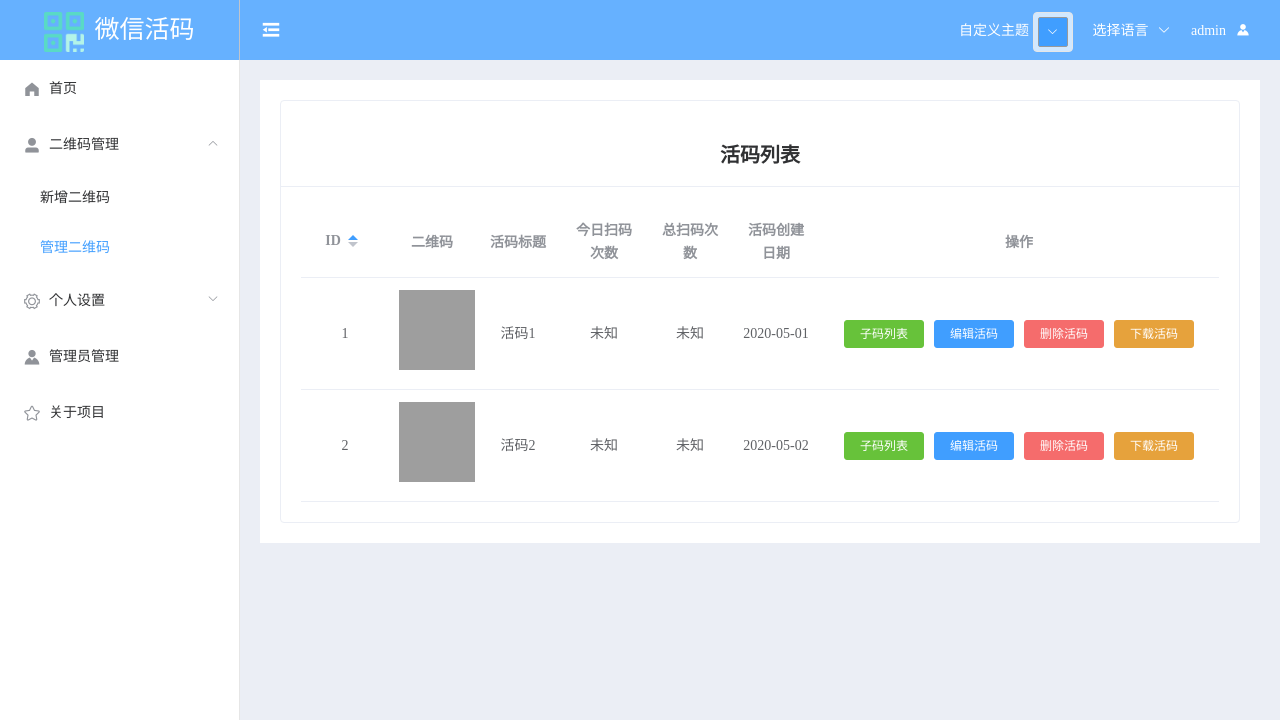
Repository: pioneer22/qrcode
Page: /#/qrcode/manageCode
An editor plug-in stored every save of this project. The page is shown before and after the next save, followed by the edit.
The browser window is 1280 px wide. The pictures show the whole page.
Pictures or frames that could not be fetched are drawn as grey boxes. The page's requests for data from a server got no answer. An inner scrolling area shows only its first screen. The project was rebuilt for these pictures with package versions that can differ from the ones it lists, and the page was loaded fresh each time. No one was signed in, and anything a server would have sent is missing. Also part of the build but not shown: vue.config.js, src/views/layout/TheLayoutSubSidebar.vue.

Above is the page before, as saved 2020-05-15 09:58:33.

### public/index.html
<!DOCTYPE html>
<html lang="en">

<head>
  <meta charset="utf-8">
  <meta http-equiv="X-UA-Compatible" content="IE=edge">
  <meta name="viewport" content="width=device-width,initial-scale=1.0">
  <link rel="icon" href="<%= BASE_URL %>favicon.ico">
  <title>Qrcode</title>
</head>

<body>
  <noscript>
    <strong>We're sorry but llplatform doesn't work properly without JavaScript enabled. Please enable it to
      continue.</strong>
  </noscript>
  <div id="app"></div>
  <!-- built files will be auto injected -->
</body>

</html>

### src/App.vue
<template>
  <div id="app">
    <router-view />
  </div>
</template>

<style lang="scss">
  #app {
    height: 100%;
  }
</style>

### src/assets/css/common.scss
html, body {
  height: 100%;
}

* {
  box-sizing: border-box;
  margin: 0;
  padding: 0;
}

/* Chrome 滚动条优化 */
* {
  &::-webkit-scrollbar { /*滚动条整体样式*/
    width: 8px; /*高宽分别对应横竖滚动条的尺寸*/
    height: 8px;
  }

  &::-webkit-scrollbar-thumb { /*滚动条里面小方块*/
    border-radius: 8px;
    background-color: hsla(220, 4%, 58%, .3);
    transition: background-color .3s;

    &:hover {
      background: #bbb;
    }
  }

  &::-webkit-scrollbar-track { /*滚动条里面轨道*/
    background: #EDEDED;
  }
}

### src/views/layout/TheLayout.vue
<template>
  <el-row class="page">
    <el-col :span="24" style="position: absolute;">
      <the-header :open-nav="openNav" @toggle-open="toggleOpen"></the-header>
    </el-col>
    <el-col :span="24" class="page-main">
      <the-sidebar :open-nav="openNav"></the-sidebar>
      <section class="page-content" :class="{'page-content-hide-aside': !openNav}">
        <the-main></the-main>
        <the-footer></the-footer>
      </section>
    </el-col>
  </el-row>
</template>

<script>
  import TheLayoutHeader from './TheLayoutHeader'
  import TheLayoutSidebar from './TheLayoutSidebar'
  import TheLayoutFooter from './TheLayoutFooter'
  import TheLayoutMain from './TheLayoutMain'

  export default {
    name: 'TheLayout',
    data() {
      return {
        openNav: true
      }
    },
    created() {
      // 判断是否登陆，未登录返回登陆界面
      /*   if (!localStorage.getItem('user-token')) {
          this.$router.push('/login')
        } */
    },
    methods: {
      toggleOpen() {
        this.openNav = !this.openNav
      }
    },
    components: {
      'the-header': TheLayoutHeader,
      'the-sidebar': TheLayoutSidebar,
      'the-footer': TheLayoutFooter,
      'the-main': TheLayoutMain
    }
  }
</script>

<style scoped lang="scss">
  .page {
    position: absolute;
    left: 0;
    top: 0;
    height: 100%;
    width: 100%;

    .page-main {
      box-sizing: border-box;
      padding-top: 60px;
      height: 100%;

      .page-content {
        overflow: auto;
        margin-left: 240px;
        height: 100%;
        background-color: #EBEEF5;
      }

      .page-content-hide-aside {
        margin-left: 65px;
      }
    }
  }
</style>

### src/views/layout/TheLayoutEmpty.vue
<template>
  <router-view></router-view>
</template>

<script>
export default {
  name: 'TheLayoutEmpty'
}
</script>

<style scoped>

</style>

### src/views/pages/qrcode/PageQrcodeManage.vue
<template>
  <div>
    <el-card class="card" v-if="show===1" shadow="hover">
      <div slot="header" class="title1">
        <b>活码列表</b>
      </div>

      <el-table :data="tableData" :default-sort="{prop: 'id',order: 'ascending'}" style="width: 100%">
        <el-table-column label="ID" sortable prop="id">
          <template slot-scope="scope">
            <span>{{ scope.row.id }}</span>
          </template>
        </el-table-column>
        <el-table-column label="二维码">
          <template slot-scope="scope">
            <img :src="scope.row.img" class="image" />
          </template>
        </el-table-column>
        <el-table-column label="活码标题">
          <template slot-scope="scope">
            <span>{{ scope.row.title }}</span>
          </template>
        </el-table-column>
        <el-table-column label="今日扫码次数">
          <template slot-scope="scope">
            <span>{{ scope.row.dayNum || '未知' }}</span>
          </template>
        </el-table-column>
        <el-table-column label="总扫码次数">
          <template slot-scope="scope">
            <span>{{ scope.row.allNum || '未知' }}</span>
          </template>
        </el-table-column>

        <el-table-column label="活码创建日期">
          <template slot-scope="scope">
            <span>{{ scope.row.date }}</span>
          </template>
        </el-table-column>

        <el-table-column label="操作" fixed="right" width="400">
          <template slot-scope="scope">
            <el-button size="mini" type="success" @click="handleEditChild(scope.$index, scope.row)">子码列表</el-button>
            <el-button size="mini" type="primary" @click="handleEdit(scope.$index, scope.row)">编辑活码</el-button>
            <el-button size="mini" type="danger" @click="handleDelete(scope.$index, scope.row)">删除活码</el-button>
            <el-button size="mini" type="warning" @click="handleDownload(scope.$index, scope.row)">下载活码</el-button>
          </template>
        </el-table-column>
      </el-table>
    </el-card>

    <el-card class="card" v-if="show===2" shadow="hover">
      <div slot="header">
        <el-button size="mini" @click="handleAddChild">新增子码</el-button>
        <el-button size="mini" @click="backPage">返回上一页</el-button>
        <div class="title1">
          <b>子码列表</b>
        </div>
      </div>

      <el-table :data="tableData" style="width: 100%">
        <el-table-column label="ID" sortable prop="id">
          <template slot-scope="scope">
            <span>{{ scope.row.id }}</span>
          </template>
        </el-table-column>
        <el-table-column label="排序" sortable prop="sortid">
          <template slot-scope="scope">
            <span>{{ scope.row.sortid }}</span>
          </template>
        </el-table-column>
        <el-table-column label="二维码">
          <template slot-scope="scope">
            <img :src="scope.row.img" class="image" />
          </template>
        </el-table-column>
        <el-table-column label="子码标题">
          <template slot-scope="scope">
            <span>{{ scope.row.title }}</span>
          </template>
        </el-table-column>
        <el-table-column label="识别量">
          <template slot-scope="scope">
            <span>{{ scope.row.dayNum || '未知' }}</span>
          </template>
        </el-table-column>

        <el-table-column label="子码上传日期">
          <template slot-scope="scope">
            <span>{{ scope.row.date }}</span>
          </template>
        </el-table-column>

        <el-table-column label="操作" fixed="right" width="300">
          <template slot-scope="scope">
            <el-button size="mini" @click="handleEditCurrentChild(scope.$index, scope.row)">编辑</el-button>
            <el-button size="mini" type="danger" @click="handleDeleteChild(scope.$index, scope.row)">删除</el-button>
          </template>
        </el-table-column>
      </el-table>
    </el-card>

    <el-card class="card" v-if="show===3" shadow="hover">
      <div class="title">
        <b>{{ childTitle }}</b>
      </div>
      <el-form :model="childData" :rules="rules" ref="childData" label-width="100px">
        <el-form-item label="子码标题" prop="title">
          <el-input v-model="childData.title" style="width:212px;"></el-input>
        </el-form-item>

        <el-form-item label="子码排序" prop="sortid">
          <el-input v-model="childData.sortid" style="width:212px;"></el-input>
        </el-form-item>

        <div style="padding-left: 20px;">
          <el-upload ref="upload" class="upload-demo" action="https://jsonplaceholder.typicode.com/posts/"
            :show-file-list="false" :on-success="handleSuccess" :on-change="handleChange" :data="childData" :limit="1"
            :auto-upload="false" list-type="picture-card">
            <img v-if="childImg" :src="childImg" style="width: 100%;height: 100%;">
            <i v-else class="el-icon-plus avatar-uploader-icon"></i>
            <div slot="tip" class="el-upload__tip">只能上传jpg/png文件，且不超过2M，且只能上传一张二维码图片</div>
          </el-upload>
          <br />
        </div>

        <el-form-item>
          <el-button type="primary" @click="submitForm('childData')">立即提交</el-button>
          <el-button @click="backPage">返回上一页</el-button>
        </el-form-item>
      </el-form>
    </el-card>

  </div>
</template>

<script>
  import { changeTitle } from '@/api/qrcode'
  export default {
    name: 'PageQrcodeManage',
    data() {
      return {
        show: 1,
        tableData: [{
          id: 1,
          date: '2020-05-01',
          // img: require('@/assets/img/about/my-logo.png'),
          img: "https://s1.ax1x.com/2020/05/11/YJubOe.jpg",
          title: '活码1',
          sortid: 2
        },
        {
          id: 2,
          date: '2020-05-02',
          img: require('@/assets/img/about/my-logo.png'),
          title: '活码2',
          sortid: 1
        }],

        childDatas: [],
        childData: {},

        childImg: '',
        childTitle: ''
      }
    },

    computed: {
      rules() {
        return {
          title: [
            { required: true, message: '请输入子码标题', trigger: 'blur' },
            { min: 2, max: 50, message: '长度在 2 个字符以上', trigger: 'blur' }
          ],
          sortid: [
            { required: true, message: '请输入排序值', trigger: 'blur' },
            { type: 'number', message: '请输入数字', trigger: 'blur' }
          ]
        }
      }
    },

    watch: {
      'childData.sortid': {
        handler() {
          this.childData.sortid = parseInt(this.childData.sortid)
        }
      }
    },

    methods: {
      // 编辑活码，修改标题
      handleEdit(index, row) {
        let id = row.id
        this.$MessageBox.prompt(`请输入ID为${id}的活码要更新的标题~`, '提示', {
          confirmButtonText: '确定',
          cancelButtonText: '取消',
          inputValidator: (value) => { return value.length < 2 ? '标题长度小于2' : true },
        }).then(({ value }) => {
          let params = { title: value, id }
          changeTitle(params).then(data => {
            console.log("changeTitle:", data)
          }).catch(err => {
            console.log("changeTitleErr:", err)
          })
        }).catch(() => { });
      },

      // 编辑子码
      handleEditChild(index, row) {
        this.childDatas = this.tableData
        this.show = 2
      },

      // 删除活码
      handleDelete(index, row) {
        let id = row.id
        this.$MessageBox.confirm(`此操作将永久删除ID为${id}的活码, 是否继续?`, '提示', {
          confirmButtonText: '确定',
          cancelButtonText: '取消',
          type: 'warning'
        }).then(() => {
          this.tableData.splice(index, 1)
          /* this.$message({
            type: 'success',
            message: '删除成功!'
          }); */
        }).catch(() => { });
      },

      // 下载活码
      handleDownload(index, row) {
        const image = new Image();
        // 解决跨域 canvas 污染问题
        image.setAttribute('crossOrigin', 'anonymous');
        image.onload = function () {
          const canvas = document.createElement('canvas');
          canvas.width = image.width;
          canvas.height = image.height;
          const context = canvas.getContext('2d');
          context.drawImage(image, 0, 0, image.width, image.height);
          const url = canvas.toDataURL('image/png');
          // 生成一个 a 标签
          const a = document.createElement('a');
          // 创建一个点击事件
          const event = new MouseEvent('click');
          // 将 a 的 download 属性设置为我们想要下载的图片的名称，若 name 不存在则使用'图片'作为默认名称
          a.download = row.title || '图片';
          // 将生成的 URL 设置为 a.href 属性
          a.href = url;
          // 触发 a 的点击事件
          a.dispatchEvent(event);
        };
        image.src = row.img
      },

      // 新增子码
      handleAddChild() {
        this.childTitle = '新增子码'
        this.show = 3
        this.childData = {
          title: '子码标题',
          sortid: 1,
          url: ''
        }
      },

      // 编辑选中子码
      handleEditCurrentChild(index, row) {
        this.childTitle = '编辑子码'
        this.childData = row
        /*         this.childData['name'] = this.childData['title']
                this.childData['url'] = this.childData['img'] */
        this.childImg = row.img
        this.show = 3
      },

      // 删除选中子码
      handleDeleteChild(index, row) {
        let id = row.id
        this.$MessageBox.confirm(`此操作将永久删除ID为${id}的子码, 是否继续?`, '提示', {
          confirmButtonText: '确定',
          cancelButtonText: '取消',
          type: 'warning'
        }).then(() => {
          this.childDatas.splice(index, 1)
        }).catch(() => { });
      },

      // 返回上一页
      backPage() {
        this.show = this.show - 1
        if (this.show === 2) {
          // 重新请求，刷新数据
          this.childData = {}
        }
      },

      handleChange(file, fileList) {
        this.$refs.upload.clearFiles();
        let fileName = file.name;
        let regex = /(.jpg|.jpeg|.gif|.png|.bmp)$/;
        if (regex.test(fileName.toLowerCase())) {
          this.childImg = URL.createObjectURL(file.raw)  // 获取URL
        } else {
          this.$message.error('请选择图片文件');
        }
      },

      // 提交更改
      submitForm(formName) {
        this.$refs[formName].validate((valid) => {
          if (valid) {
            // 手动上传文件,当点击确定再上传图片
            this.$refs.upload.submit();
            // 将数据图片传到后台处理

          } else {
            return false
          }
        })
      },

      // 图片上传成功
      handleSuccess(response, file, fileList) {
        this.childImg = fileList[0].url
        console.log("file:", fileList)
      }
    }
  }
</script>

<style scoped>
  .card {
    /* min-width: fit-content; */
    max-width: 100%;
  }

  .image {
    width: 80px;
    height: 80px;
  }

  .title {
    text-align: center;
    padding-bottom: 20px;
    font-size: 20px;
  }

  .title1 {
    text-align: center;
    padding-top: 20px;
    font-size: 20px;
  }

  .el-table th>>>.cell {
    text-align: center;
  }

  .el-table>>>.cell {
    text-align: center;
  }
</style>

### src/views/layout/TheLayoutSidebar.vue
<template>
  <aside class="sidebar" :class="{'sidebar-hide': !openNav}">
    <el-menu :default-active="selectMenu" class="sidebar-menu" :collapse="!openNav"
             :collapse-transition="false" :router="true">
      <template v-for="menu in user.accessMenu">
        <el-menu-item v-if="!menu.children" :key="menu.name" :index="menu.path">
          <i :class="menu.icon" v-if="menu.icon"></i>
          <span slot="title">{{ $t(menu.title) }}</span>
        </el-menu-item>
        <the-submenu :key="menu.name" :subMenu="menu" v-else :i18n="i18n"></the-submenu>
      </template>
    </el-menu>
  </aside>
</template>

<script>
import TheLayoutSubSidebar from './TheLayoutSubSidebar'
import { mapState } from 'vuex'

export default {
  name: 'TheLayoutSidebar',
  props: ['openNav'],
  components: {
    'the-submenu': TheLayoutSubSidebar
  },
  computed: {
    selectMenu () {
      return this.$route.meta.menuPath || this.$route.path
    },
    ...mapState(['user'])
  },
  methods: {
    i18n: function (key) {
      return this.$t(key)
    }
  }
}
</script>

<style scoped lang="scss">
.sidebar {
  float: left;
  width: 240px;
  height: 100%;
  border-right: 1px solid #e6e6e6;
  overflow: auto;

  .sidebar-menu {
    border: none;
    height: 100%;
  }
}

.sidebar-hide {
  width: 65px;
}
</style>

### src/views/layout/TheLayoutFooter.vue
<template>
  <footer class="footer">
    广州汇美舍天然用品连锁有限公司
  </footer>
</template>

<script>
  export default {
    name: 'TheLayoutHeader'
  }
</script>

<style scoped>
  .footer {
    height: 40px;
    line-height: 40px;
    text-align: center;
    border-top: 1px solid #e6e6e6;
    background-color: #ffffff;
  }
</style>

### src/views/layout/TheLayoutMain.vue
<template>
  <el-main class="page-sub-main">
    <transition name="fade" mode="out-in">
      <router-view class="main-body"></router-view>
    </transition>
  </el-main>
</template>

<script>
  export default {
    name: 'TheLayoutMain'
  }
</script>

<style scoped>
  .page-sub-main {
    color: #666666;
    min-height: 100%;
    overflow: visible;
    /* min-width: fit-content; */
    max-width: 100%;

  }

  .main-body {
    background-color: #ffffff;
    padding: 20px;
    min-height: 100%;
  }
</style>

Loaded but not shown: src/utils/request.js (134 lines, source omitted); src/main.js (133 lines, source omitted); src/store/index.js (99 lines, source omitted); src/router/staticRouter.js (84 lines, source omitted); src/assets/lang/en.js (79 lines, source omitted); src/router/index.js (66 lines, source omitted); src/api/user.js (63 lines, source omitted); src/assets/lang/zh-cn.js (82 lines, source omitted); src/utils/ajax.js (42 lines, source omitted); src/api/qrcode.js (19 lines, source omitted); src/router/whiteList.js (10 lines, source omitted); src/views/layout/TheLayoutHeader.vue (240 lines, source omitted); src/components/ThemePicker.vue (144 lines, source omitted)

After the next save:
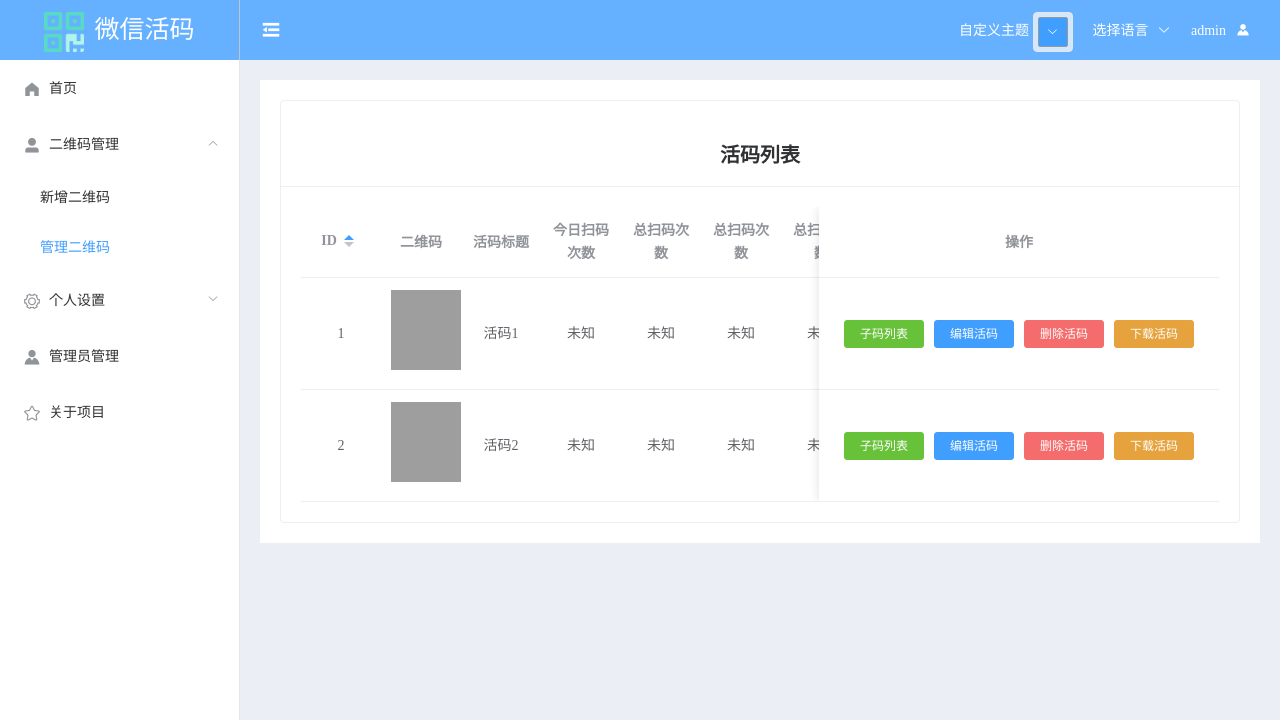
Saved 29 s later.
--- a/src/views/pages/qrcode/PageQrcodeManage.vue
+++ b/src/views/pages/qrcode/PageQrcodeManage.vue
@@ -24,6 +24,27 @@
         <el-table-column label="今日扫码次数">
           <template slot-scope="scope">
             <span>{{ scope.row.dayNum || '未知' }}</span>
+          </template>
+        </el-table-column>
+        <el-table-column label="总扫码次数">
+          <template slot-scope="scope">
+            <span>{{ scope.row.allNum || '未知' }}</span>
+          </template>
+        </el-table-column>
+        <el-table-column label="总扫码次数">
+          <template slot-scope="scope">
+            <span>{{ scope.row.allNum || '未知' }}</span>
+          </template>
+        </el-table-column>
+        <el-table-column label="总扫码次数">
+          <template slot-scope="scope">
+            <span>{{ scope.row.allNum || '未知' }}</span>
+          </template>
+        </el-table-column>
+
+        <el-table-column label="总扫码次数">
+          <template slot-scope="scope">
+            <span>{{ scope.row.allNum || '未知' }}</span>
           </template>
         </el-table-column>
         <el-table-column label="总扫码次数">

After the save that followed:
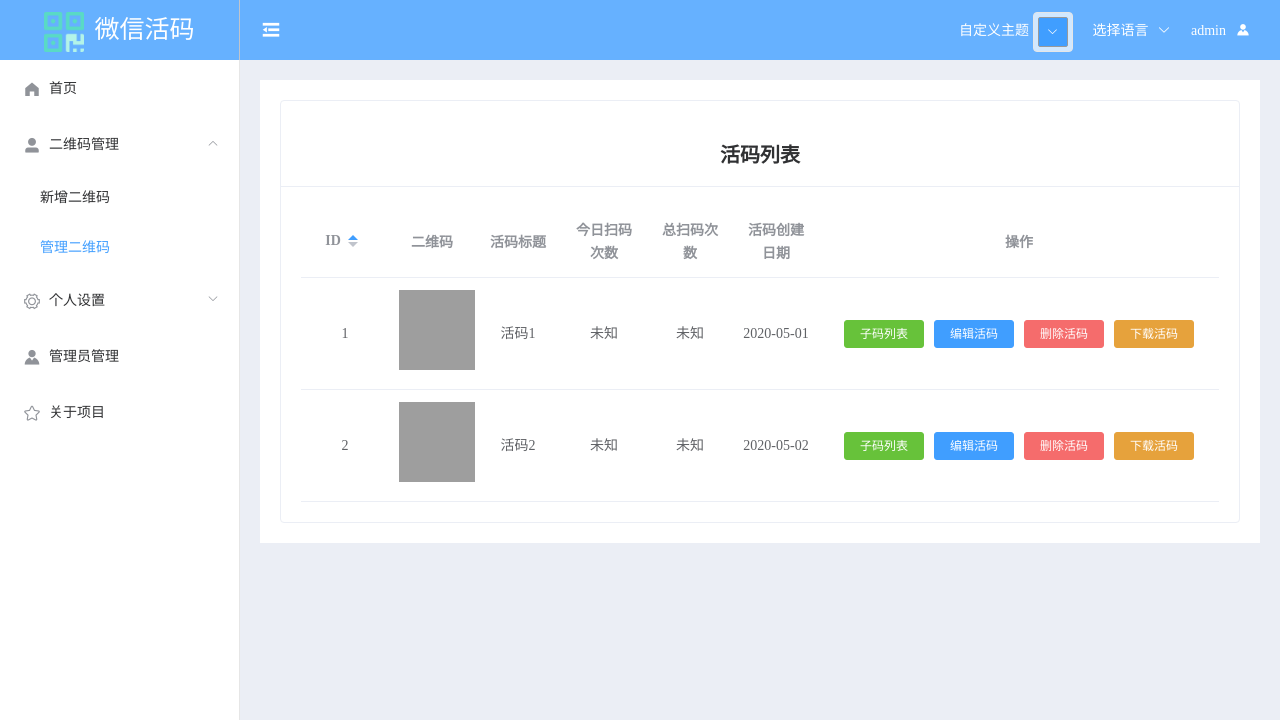
Saved 25 s later.
--- a/src/views/pages/qrcode/PageQrcodeManage.vue
+++ b/src/views/pages/qrcode/PageQrcodeManage.vue
@@ -24,27 +24,6 @@
         <el-table-column label="今日扫码次数">
           <template slot-scope="scope">
             <span>{{ scope.row.dayNum || '未知' }}</span>
-          </template>
-        </el-table-column>
-        <el-table-column label="总扫码次数">
-          <template slot-scope="scope">
-            <span>{{ scope.row.allNum || '未知' }}</span>
-          </template>
-        </el-table-column>
-        <el-table-column label="总扫码次数">
-          <template slot-scope="scope">
-            <span>{{ scope.row.allNum || '未知' }}</span>
-          </template>
-        </el-table-column>
-        <el-table-column label="总扫码次数">
-          <template slot-scope="scope">
-            <span>{{ scope.row.allNum || '未知' }}</span>
-          </template>
-        </el-table-column>
-
-        <el-table-column label="总扫码次数">
-          <template slot-scope="scope">
-            <span>{{ scope.row.allNum || '未知' }}</span>
           </template>
         </el-table-column>
         <el-table-column label="总扫码次数">
